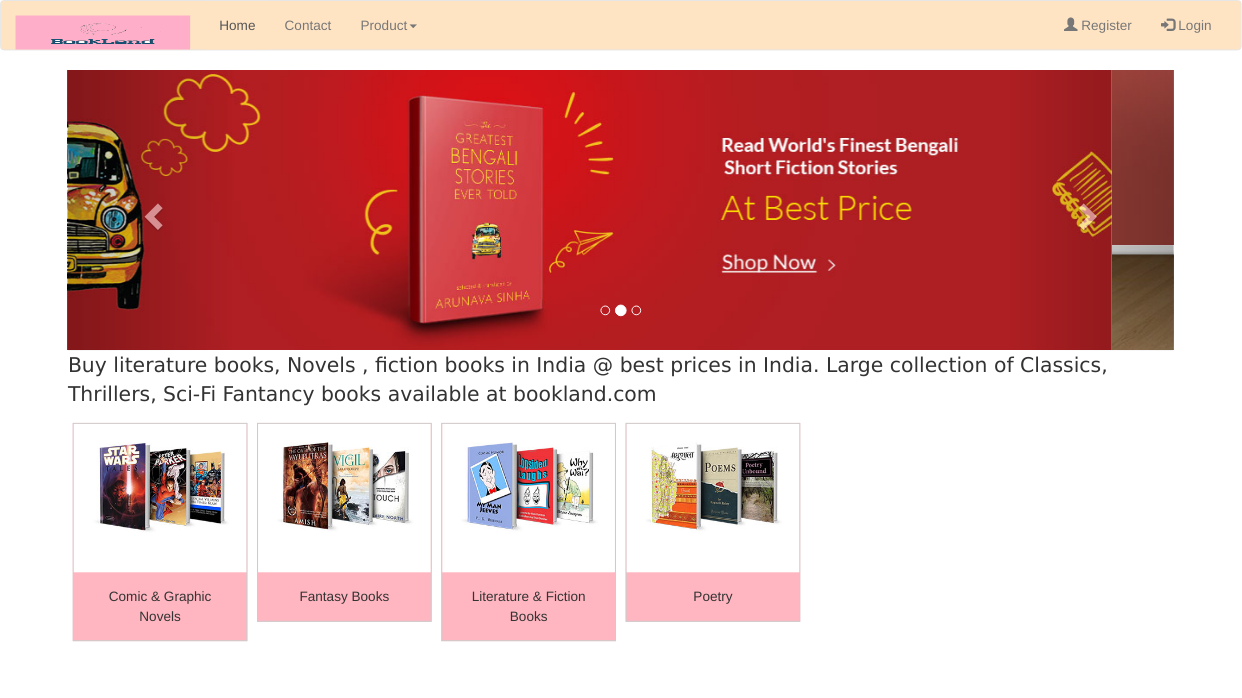
Repository: sabahussain/finalproject
Page: http://localhost/bookland/
These files come from the project's save history. The page is drawn as it stood at one moment and after the next save; the edit follows.
The browser window is 1280 px wide. The pictures show the whole page, at 97% of full size.
The page is served by Tomcat 9. Nobody is signed in. The application's start-up code is not run.

Above is the page before, as saved 2016-05-08 14:57:33.

After the next save:
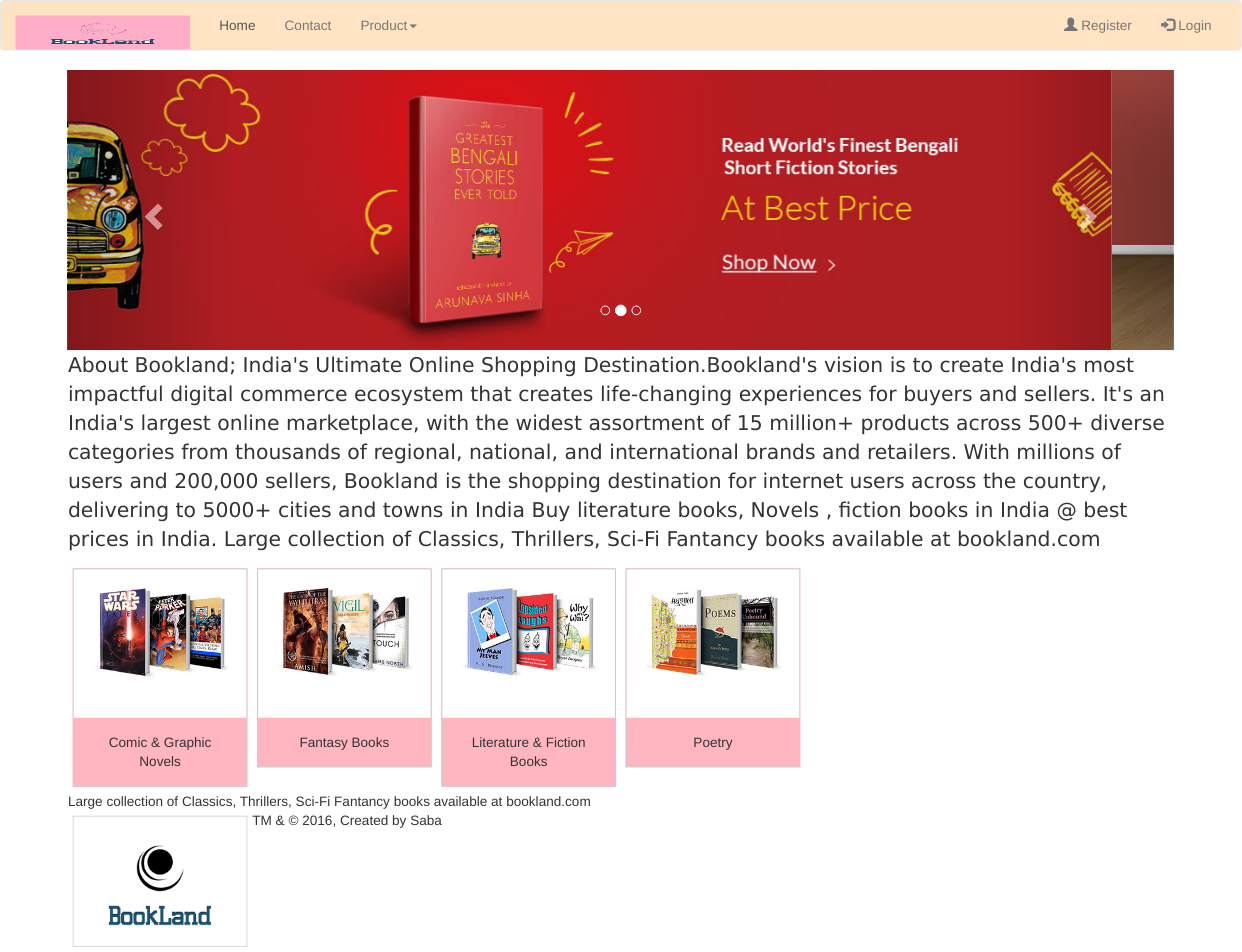
Saved 18 min 24 s later.
--- a/bookland/src/main/webapp/index.jsp
+++ b/bookland/src/main/webapp/index.jsp
@@ -123,6 +123,7 @@
 </div>
 <div class="container">
 <p style="font-size:150%;font-family:verdana;">
+About Bookland;  India's Ultimate Online Shopping Destination.Bookland's vision is to create India's most impactful digital commerce ecosystem that creates life-changing experiences for buyers and sellers. It's an India's largest online marketplace, with the widest assortment of 15 million+ products across 500+ diverse categories from thousands of regional, national, and international brands and retailers. With millions of users and 200,000 sellers, Bookland is the shopping destination for internet users across the country, delivering to 5000+ cities and towns in India
 Buy literature books, Novels , fiction books in India @ best prices in India. Large collection of Classics, Thrillers, Sci-Fi Fantancy books available at bookland.com
 </p>
 </div>
@@ -156,6 +157,17 @@
   <div class="desc">Poetry</div>
 </div>
 </div>
+
+<div class="container">
+<div class="footer-text">
+ Large collection of Classics, Thrillers, Sci-Fi Fantancy books available at bookland.com
+</div>
+<div class="footerCopyText">
+			<div class="img"><img src="${z}/logo.png" alt="" width="180px" height="35px"></div>
+			<div class="font-italic">TM & &#169; 2016, Created by Saba</div>
+		</div>
+ 	</div>
+
 </body>
 </html>
 
